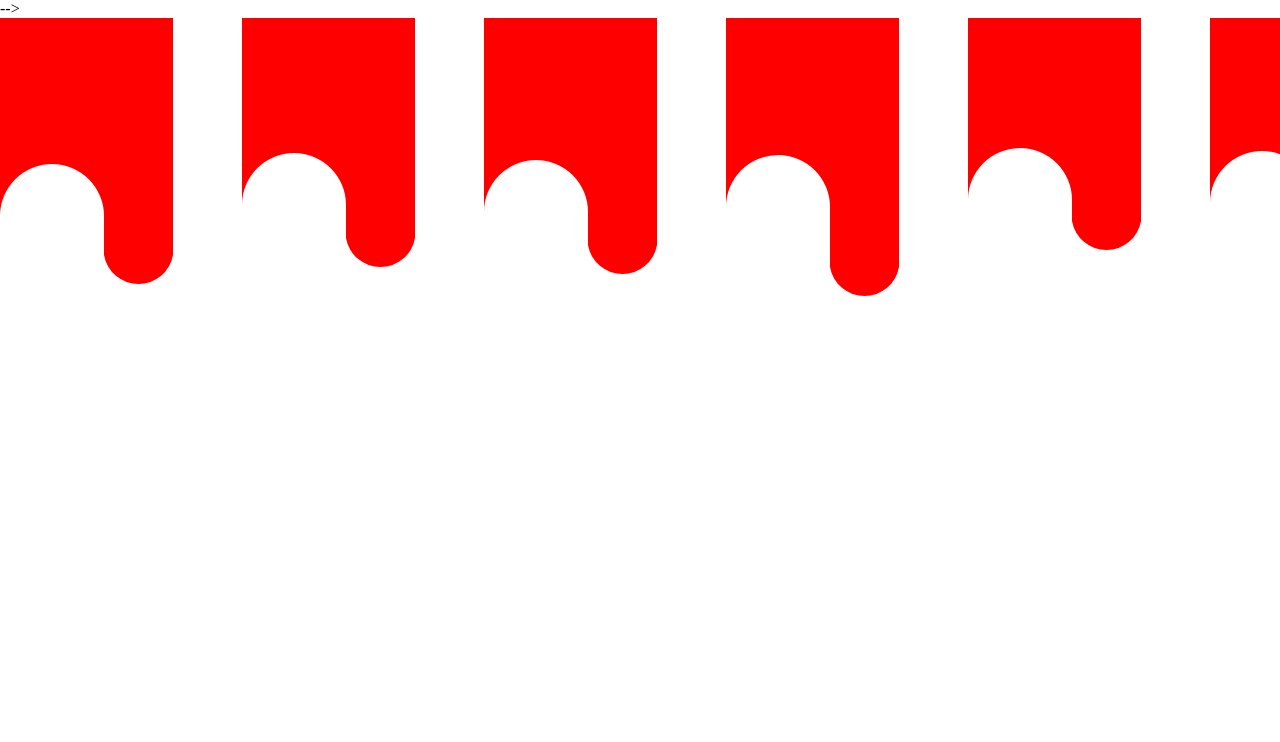
Repository: l-ollie/drip
Page: index.html
The author's editor kept a copy of each file at every save. The page is drawn from the files as they stood at one save, then again after the next save.
The browser window is 1280 px wide. The pictures show the whole page.

Above is the page before, as saved 2022-06-30 17:11:26.

### index.html
<!DOCTYPE html>
<!--[if lt IE 7]>      <html class="no-js lt-ie9 lt-ie8 lt-ie7"> <![endif]-->
<!--[if IE 7]>         <html class="no-js lt-ie9 lt-ie8"> <![endif]-->
<!--[if IE 8]>         <html class="no-js lt-ie9"> <![endif]-->
<!--[if gt IE 8]>      <html class="no-js"> <!--<![endif]-->
<html>
    <head>
        <meta charset="utf-8">
        <meta http-equiv="X-UA-Compatible" content="IE=edge">
        <title>Drip</title>
        <meta name="description" content="">
        <meta name="viewport" content="width=device-width, initial-scale=1">
        <link rel="stylesheet" href="assets/style.css">
    </head>
    <body>
        <!--[if lt IE 7]>
            <p class="browsehappy">You are using an <strong>outdated</strong> browser. Please <a href="#">upgrade your browser</a> to improve your experience.</p>
        <![endif]-->
        <div id="container">
            <!-- <svg width="100%" height="100%" xmlns="http://www.w3.org/2000/svg">
                <style>


                    .point-cursor { cursor: pointer; } /* specific elements */
                  </style>

                <path id="drip1"   class="point-cursor" d="M 0 0 v 100 a 50 50 1 0 0 100 0 v -100 Z"  fill="red">
                    <animate

                    id="dripAnim1"
                    attributeName="d"
                    dur="0.5"
                    type="translate"
                    begin="indefinite; "
                    repeatCount="1"
                    calcMode="spline"
                    keySplines=".21,.3,.01,.98"
                    values="M 0 0 v 100 a 50 50 1 0 0 100 0 v -100 Z ; M 0 0 v 100 a 50 50 1 0 0 100 0 v -100 Z"
                    />
                </path>



                <path id="ball1" d="M 100 0 v 100 a 50 50 0 0 1 100 0 v -100 Z"  fill="red">
                <animate
                id="anim1"
                attributeName="d"
                from="M 100 0 v 100 a 50 50 0 0 1 100 0 v -100 Z"
                to="M 100 0 v 200 a 50 50 0 0 1 100 0 v -200 Z"
                dur="1"
                type="translate"
                begin="0s; "
                repeatCount="1"
                fill="freeze"
                calcMode="spline"
                keySplines="0.4 0 0.2 1"
                values="
                M 100 0 v 200 a 50 50 0 0 1 100 0 v -200 Z
                ;
                M 100 0 v 100 a 50 50 0 0 1 100 0 v -100 Z
                "
                />
                <!-- <animate
                id="anim2"
                attributeName="d"
                from="M 100 0 v 200
                a 50 50 0 0 1 100 0
                v -200 Z"
                to="M 100 0 v 100
                a 50 50 0 0 1 100 0
                v -100 Z"
                dur="1"
                type="translate"
                begin="anim1.end"
                easing="ease-in-out"
                /> -->
                </path>

              </svg> -->
        </div>

        <script src="drip.js" async defer></script>
    </body>
</html>

### assets/style.css
body{
    margin: 0px;
}

#container{
    height: 100vh;
}

.point-cursor { cursor: pointer; }

### drip.js
// svg.appendChild(r);

function makeSVG() {
	const amount = 15;
	const width = 50;
	const height = 200;
	let currentXPos = 0;

	const svgWidth = Math.ceil(window.innerWidth / amount);

	let svgElement = document.createElementNS('http://www.w3.org/2000/svg', 'svg');
	svgElement.setAttributeNS(null, 'width', '100%');
	svgElement.setAttributeNS(null, 'height', '100%');

	for (let i = 0; i < amount; i++) {
		svgElement.appendChild(lowDrip(svgWidth, height, i));
	}
	document.getElementById('container').appendChild(svgElement);

	////////////////////////////////
	function lowDrip(width, height, i) {
		const dripLow = '1 0 0';
		const dripHigh = '0 0 1';
		let isLow;
		let arc;
		const idNames = [ 'drip', 'curve' ];
		let idName;
		const random = Math.random() * 50;

		if (i % 2 !== 0) {
			isLow = true;
			arc = dripLow;
			width = Math.ceil(width * 0.8);
			height = Math.ceil(height + random);
		} else {
			isLow = false;
			arc = dripHigh;
			width = Math.ceil(width * 1.2);
			height = Math.ceil(height - random);
		}

		function setAttributeNSForSvg(createElement, attributes, isPath) {
			let _svg = document.createElementNS('http://www.w3.org/2000/svg', createElement);
			const halfWidth = Math.ceil(width / 2);
			const _singlePath = `M ${currentXPos} 0 v ${height} a ${halfWidth} ${halfWidth} ${arc} ${width} 0 v -${height} Z`;

			for (let y = 0; y < attributes.length; y++) {
				_svg.setAttributeNS(null, attributes[y][0], attributes[y][1]);
			}
			console.log(`currentXPos=${currentXPos} width=${width}`);
			currentXPos += width;

			if (isPath) {
				_svg.setAttributeNS(null, 'd', `${_singlePath}`);
				return _svg;
			} else {
				_svg.setAttributeNS(null, 'values', `${_singlePath} ; ${_singlePath}`);

				return _svg;
			}
		}

		const attributesDripPath = [ [ 'id', `${isLow ? idNames[0] : idNames[1]}${i}` ], [ 'fill', 'red' ] ];
		let _path = setAttributeNSForSvg('path', attributesDripPath, true);
		// if (isLow) console.log('adding cursur to ' + `${_path.getAttributeNS(null, 'id')}`);

		if (isLow === false) {
			return _path;
		} else {
			_path.setAttributeNS(null, 'class', 'point-cursor');
			const attributesDripAnim = [
				[ 'id', `dripAnim${i}` ],
				[ 'attributeName', 'd' ],
				[ 'dur', '0.5' ],
				[ 'type', 'translate' ],
				[ 'begin', 'indefinite; ' ],
				[ 'repeatCount', '1' ],
				[ 'calcMode', 'spline' ],
				[ 'keySplines', '.21,.3,.01,.98' ]
			];
			let _anim = setAttributeNSForSvg('animate', attributesDripAnim, false);
			_path.appendChild(_anim);

			return _path;
		}
	}
}

makeSVG();
window.onresize = makeSVG;

container.onmousedown = function(e) {
	const dripIDRegex = /drip/;
	let el = e.target.correspondingUseElement ? e.target.correspondingUseElement : e.target;
	const elementId = el.getAttributeNS(null, 'id');
	const dripName = dripIDRegex.exec(elementId);
	// console.log(dripIDRegex.exec(elementId));
	if (dripName === null) {
		return;
	}
	document.addEventListener('mousemove', onMouseMove);
	const dripNum = /[0-9]+/.exec(elementId);
	const clickBeginYPos = e.pageY;
	let dragLength = 0;
	let pathD = el.getAttribute('d');

	function onMouseMove(e) {
		dragLength = e.pageY - clickBeginYPos;
		el.setAttributeNS(null, 'd', addLength(pathD, dragLength));
	}

	function addLength(oldLength, dragLength) {
		const regex = /v+ +[0-9]+|v+ +-+[0-9]+/g;
		const drippingPoints = oldLength.match(regex);
		const drippingLength = Number(/[0-9]+/.exec(drippingPoints[0]));
		let newDrippingPoints = oldLength.replace(drippingPoints[0], `v ${drippingLength + dragLength}`);
		newDrippingPoints = newDrippingPoints.replace(drippingPoints[1], `v -${drippingLength + dragLength}`);
		return newDrippingPoints;
	}

	onmouseup = function() {
		document.removeEventListener('mousemove', onMouseMove);
		container.onmouseup = null;
		changeAnimation();
	};
	function changeAnimation() {
		console.log('changeAnim');
		if (dragLength === 0) {
			return;
		}
		const animId = Number(/[0-9]+/.exec(elementId));

		const regexPath = /M+ +[0-9]+ +[0-9]+ +v+ +[0-9]+ +a+ +[0-9]+ +[0-9]+ +[0-9]+ +[0-9]+ +[0-9]+ +[0-9]+ +[0-9]+ +v+ +-+[0-9]+ +Z/g;
		let svgAnimation = document.getElementById(`dripAnim${animId}`);
		const valuesProp = svgAnimation.getAttributeNS(null, 'values');
		let value;
		let values = [];

		while ((value = regexPath.exec(valuesProp)) !== null) {
			values.push(value[0]);
		}

		const changedValue = valuesProp.replace(values[0], `${addLength(values[1], dragLength)}`);
		svgAnimation.setAttributeNS(null, 'values', changedValue);
		svgAnimation.beginElement();
		el.setAttributeNS(null, 'd', pathD);
		dragLength = 0;
	}
};

After the next save:
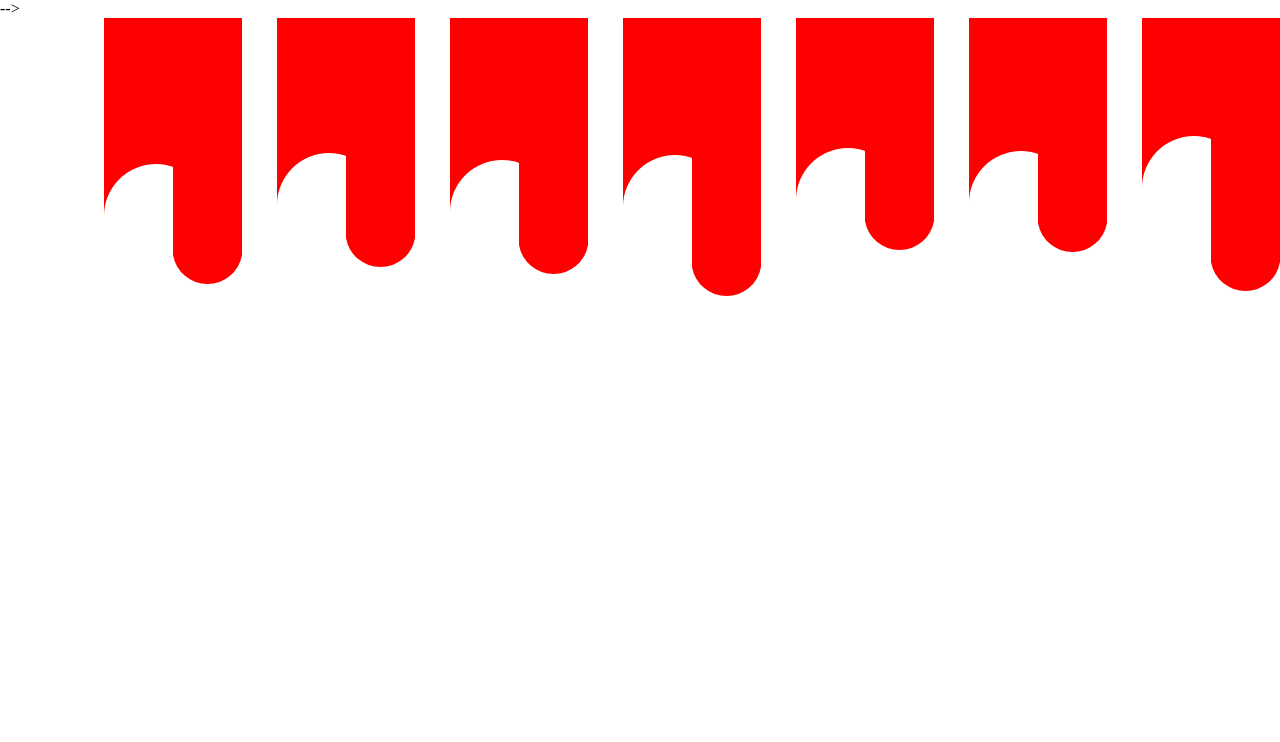
Saved 3 min 28 s later.
--- a/drip.js
+++ b/drip.js
@@ -47,9 +47,6 @@ function makeSVG() {
 			for (let y = 0; y < attributes.length; y++) {
 				_svg.setAttributeNS(null, attributes[y][0], attributes[y][1]);
 			}
-			console.log(`currentXPos=${currentXPos} width=${width}`);
-			currentXPos += width;
-
 			if (isPath) {
 				_svg.setAttributeNS(null, 'd', `${_singlePath}`);
 				return _svg;
@@ -59,6 +56,9 @@ function makeSVG() {
 				return _svg;
 			}
 		}
+
+		console.log(`currentXPos=${currentXPos} width=${width}`);
+		currentXPos += width;
 
 		const attributesDripPath = [ [ 'id', `${isLow ? idNames[0] : idNames[1]}${i}` ], [ 'fill', 'red' ] ];
 		let _path = setAttributeNSForSvg('path', attributesDripPath, true);
